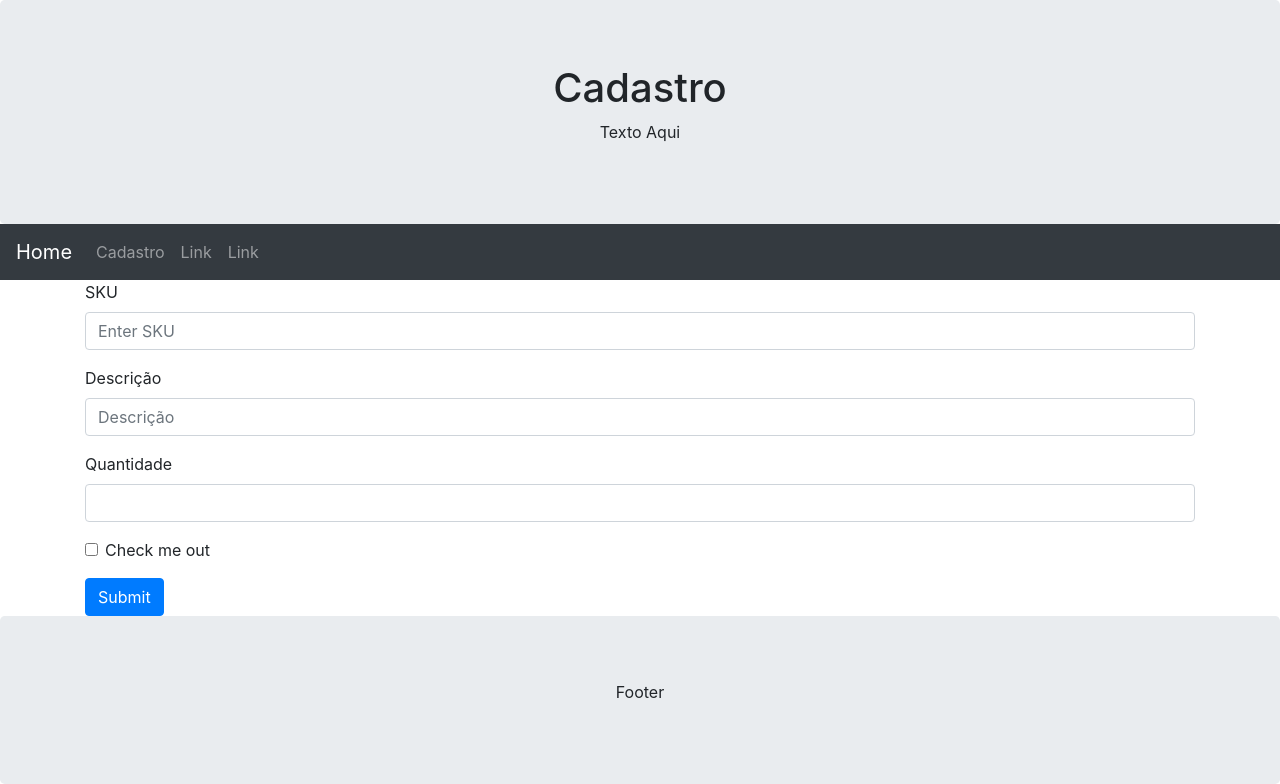
Repository: LucasLopesAguiar/JavaWeb-1
Page: sistemaweb/WebContent/cadastro.html
These files come from the project's save history. The page is drawn as it stood at one moment and after a run of saves; the edit follows.
The browser window is 1280 px wide. The pictures show the whole page.

Above is the page before, as saved 2019-05-10 01:07:35.

After the next 2 saves:
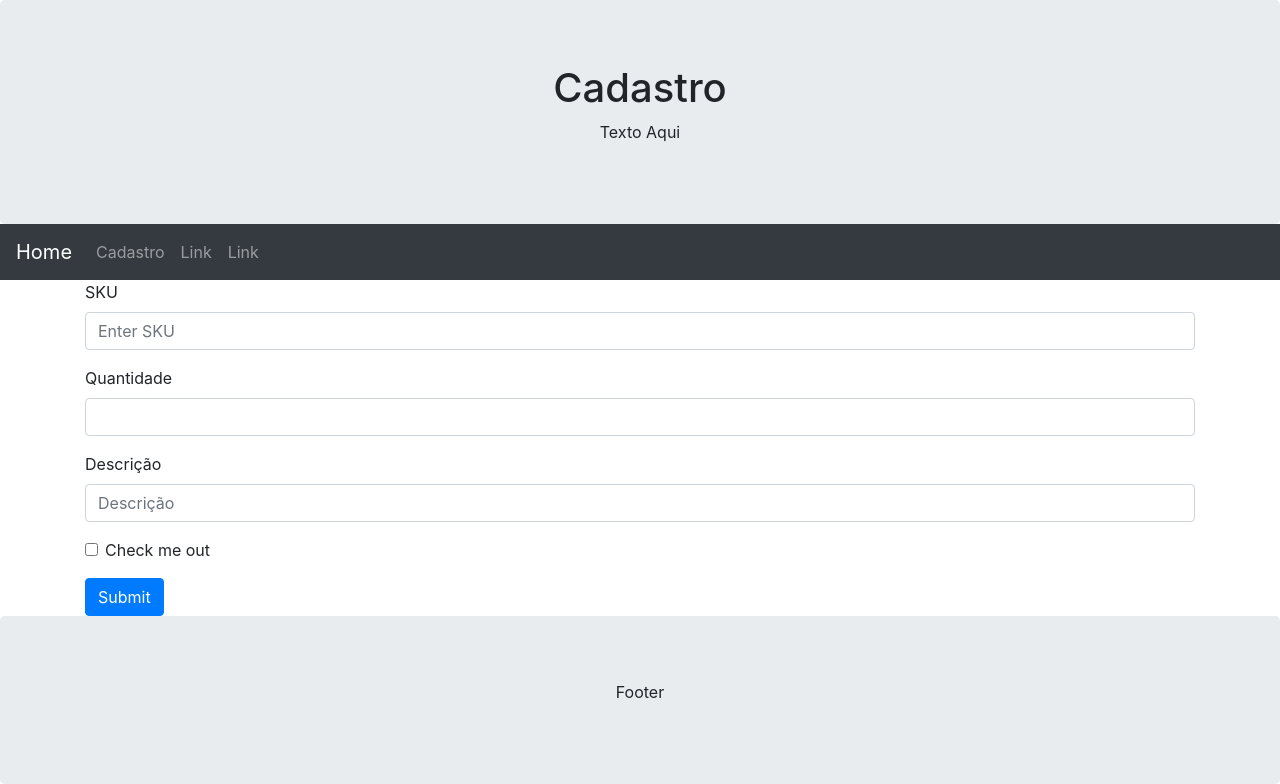
The 2 saves are shown as one change because they came seconds apart.
The last was saved 21 s later.
--- a/sistemaweb/WebContent/cadastro.html
+++ b/sistemaweb/WebContent/cadastro.html
@@ -49,14 +49,15 @@
     <label for="exampleInputEmail1">SKU</label>
     <input type="text" class="form-control" id="inputSKU" placeholder="Enter SKU">
   </div>
-  <div class="form-group">
-    <label for="inputDesc">Descrição</label>
-    <input type="text" class="form-control" id="inputDesc" placeholder="Descrição">
-  </div>
 
   <div class="form-group">
     <label for="inputDesc">Quantidade</label>
     <input type="number" class="form-control" id="inputDesc" placeholder="">
+  </div>
+
+  <div class="form-group">
+    <label for="inputDesc">Descrição</label>
+    <input type="text" class="form-control" id="inputDesc" placeholder="Descrição">
   </div>
 
   <div class="form-group form-check">
